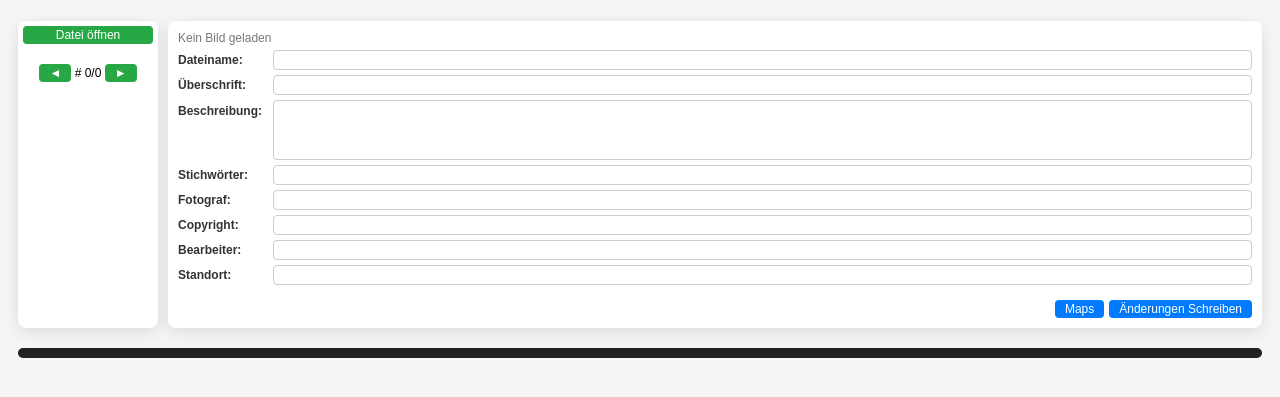
Repository: h-fahle/metadata
Page: ui/index.html
These files come from the project's save history. The page is drawn as it stood at one moment and after the next save; the edit follows.
The browser window is 1280 px wide. The pictures show the whole page.

Above is the page before, as saved 2026-08-18 19:18:25.

After the next save:
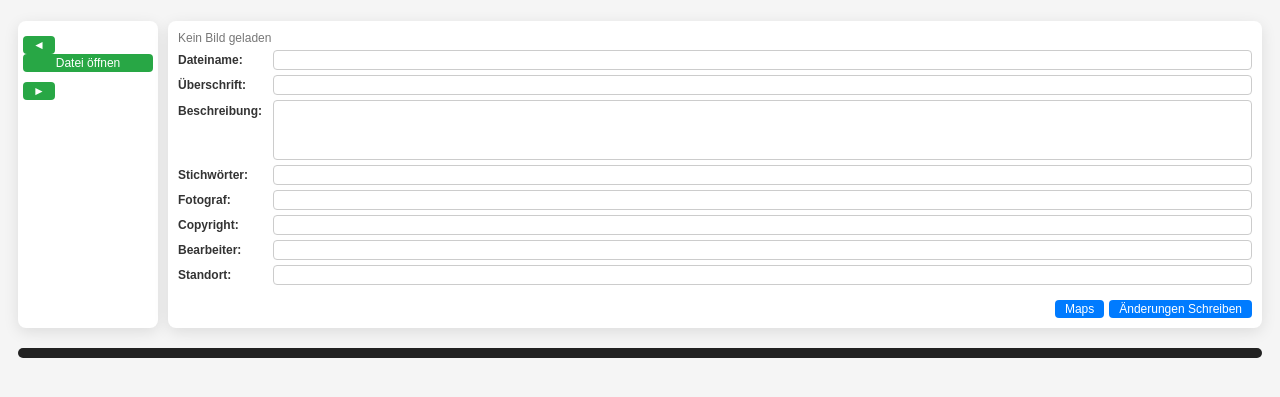
Saved 1 s later.
--- a/ui/index.html
+++ b/ui/index.html
@@ -14,9 +14,15 @@
 
 		<!-- Das Vorschaubild links -->
 		<div id="sidebar">
-			<button id="file-open" onclick="dateiAuswählen()">Datei öffnen</button>
 
-			<!-- 			<select id="menue-oeffnen" onchange="menueAktion(this)" >
+
+			<div style="margin: 10px 0;">
+				<button onclick="blaettern(-1)">◄</button>
+				<button id="file-open" onclick="dateiAuswählen()">Datei öffnen</button>
+				<button onclick="blaettern(1)">►</button>
+			</div>
+
+<!-- 		<select id="menue-oeffnen" onchange="menueAktion(this)" >
 				<option value="dateien">🖼️ Bilder öffnen...</option>
 				<option value="ordner">📁 Ordner öffnen...</option>
 			</select>
@@ -24,11 +30,6 @@
 			<img id="vorschau-bild" src="" style="display:none;" />
 			<div id="bild-info" style="text-align:center;">
 				<!-- Navigations-Buttons -->
-				<div style="margin: 10px 0;">
-					<button onclick="blaettern(-1)">◄</button>
-					<span id="img-nummer"># 0/0</span>
-					<button onclick="blaettern(1)">►</button>
-				</div>
 				<span id="img-nummer"></span><br>
 				<span id="img-datum"></span><br>
 				<span id="img-groesse"></span>
